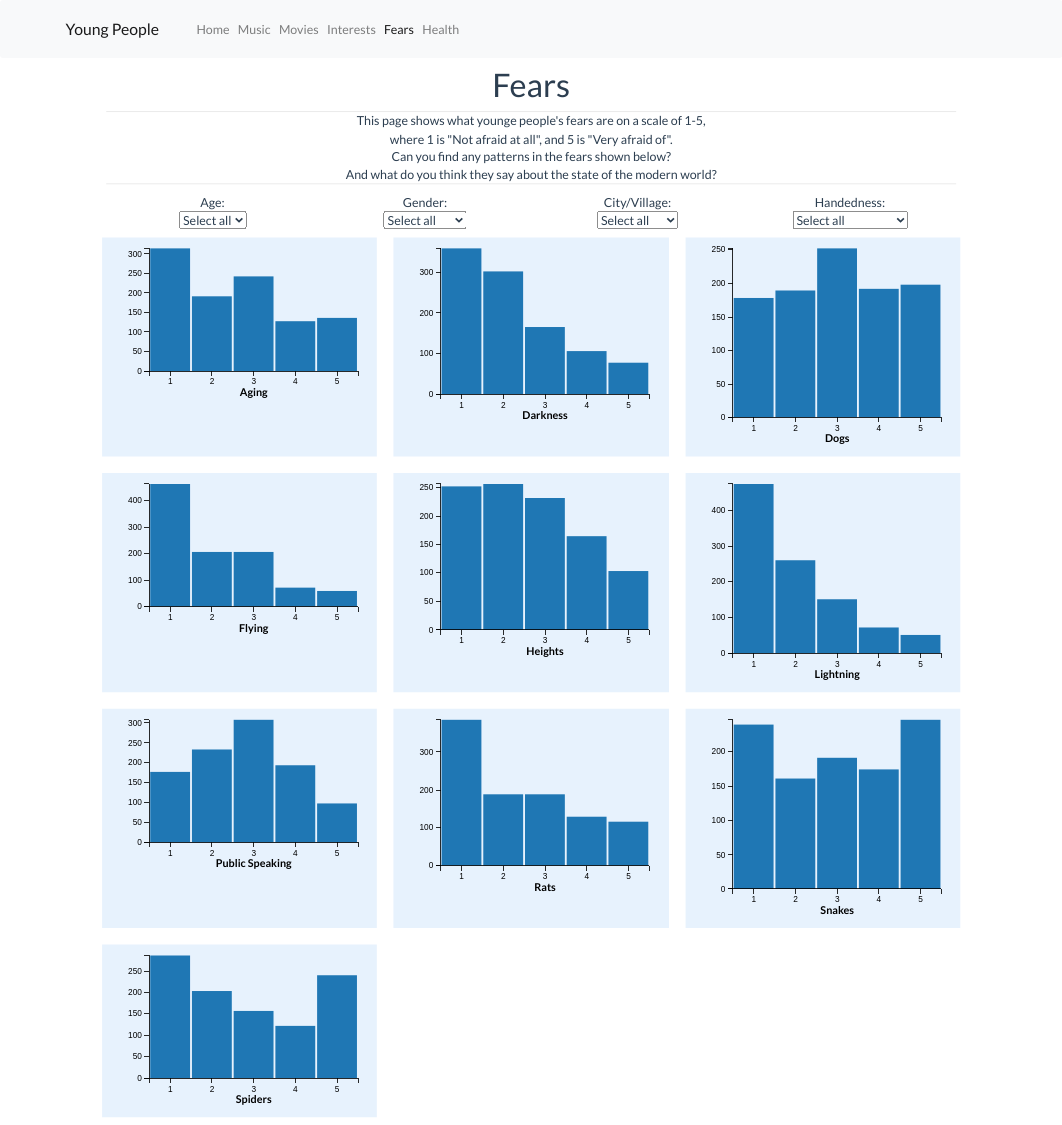
Repository: BrendanMolloy/milestone2
Page: fears.html
The author's editor kept a record of every edit. The page is drawn from the files as they stood at one moment, then again after the next edit.
The browser window is 1280 px wide. The pictures show the whole page, at 83% of full size.
Some web fonts or font styles are not loaded; a fallback is used. Some web libraries are served in a nearby version.

Above is the page before.

After the next edit:
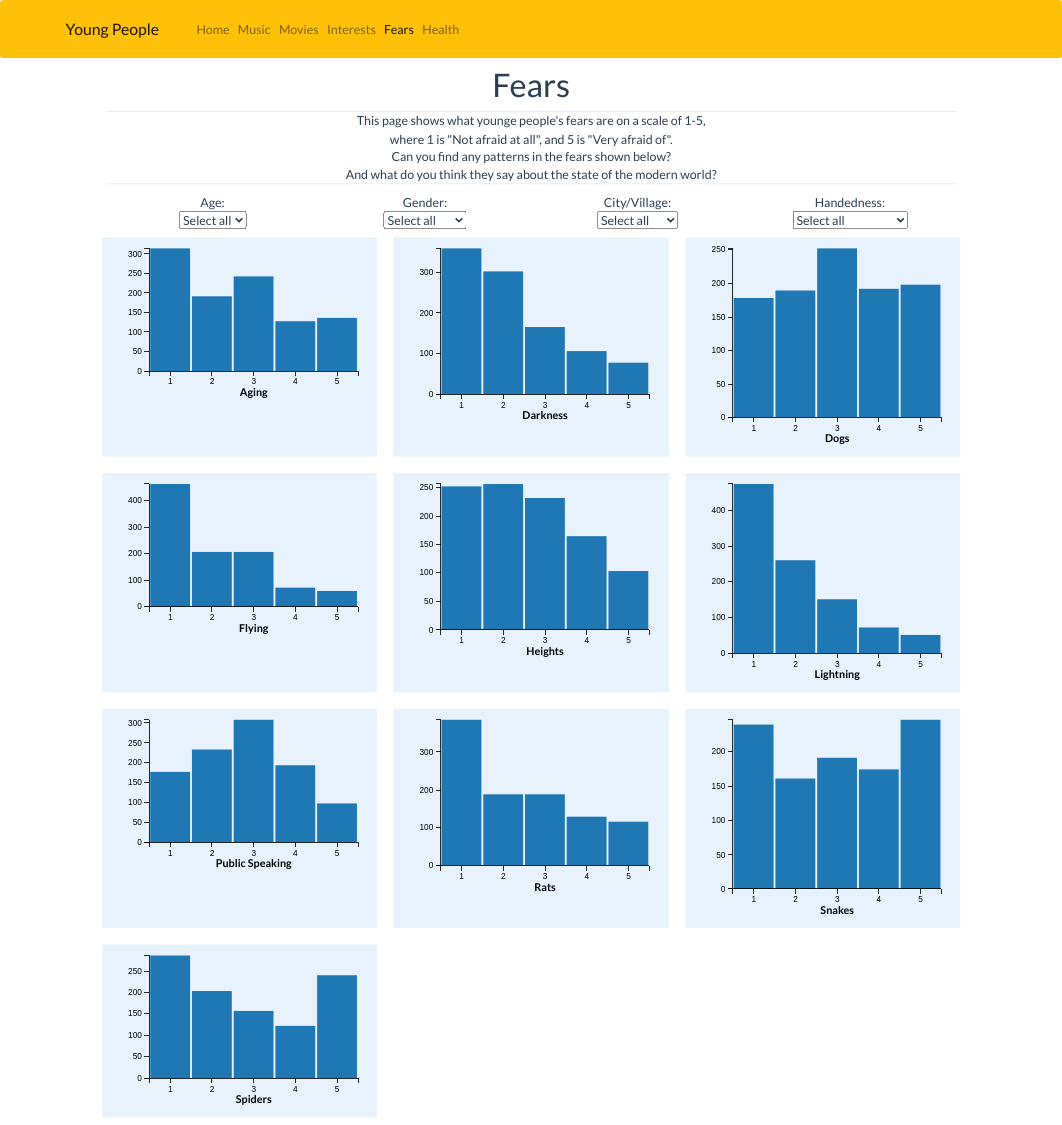
The edit:
--- a/fears.html
+++ b/fears.html
@@ -24,7 +24,7 @@
 <body>
   <!------------------------------- Navbar -------------------------------------->
 
-  <nav class="navbar navbar-expand-md navbar-expand-lg navbar-light bg-light">
+  <nav class="navbar navbar-expand-md navbar-expand-lg navbar-light bg-warning">
     <a class="navbar-brand" href="#">Young People</a>
     <button class="navbar-toggler" type="button" data-toggle="collapse" data-target="#navbarNav" aria-controls="navbarNav" aria-expanded="false" aria-label="Toggle navigation">
     <span class="navbar-toggler-icon"></span>
